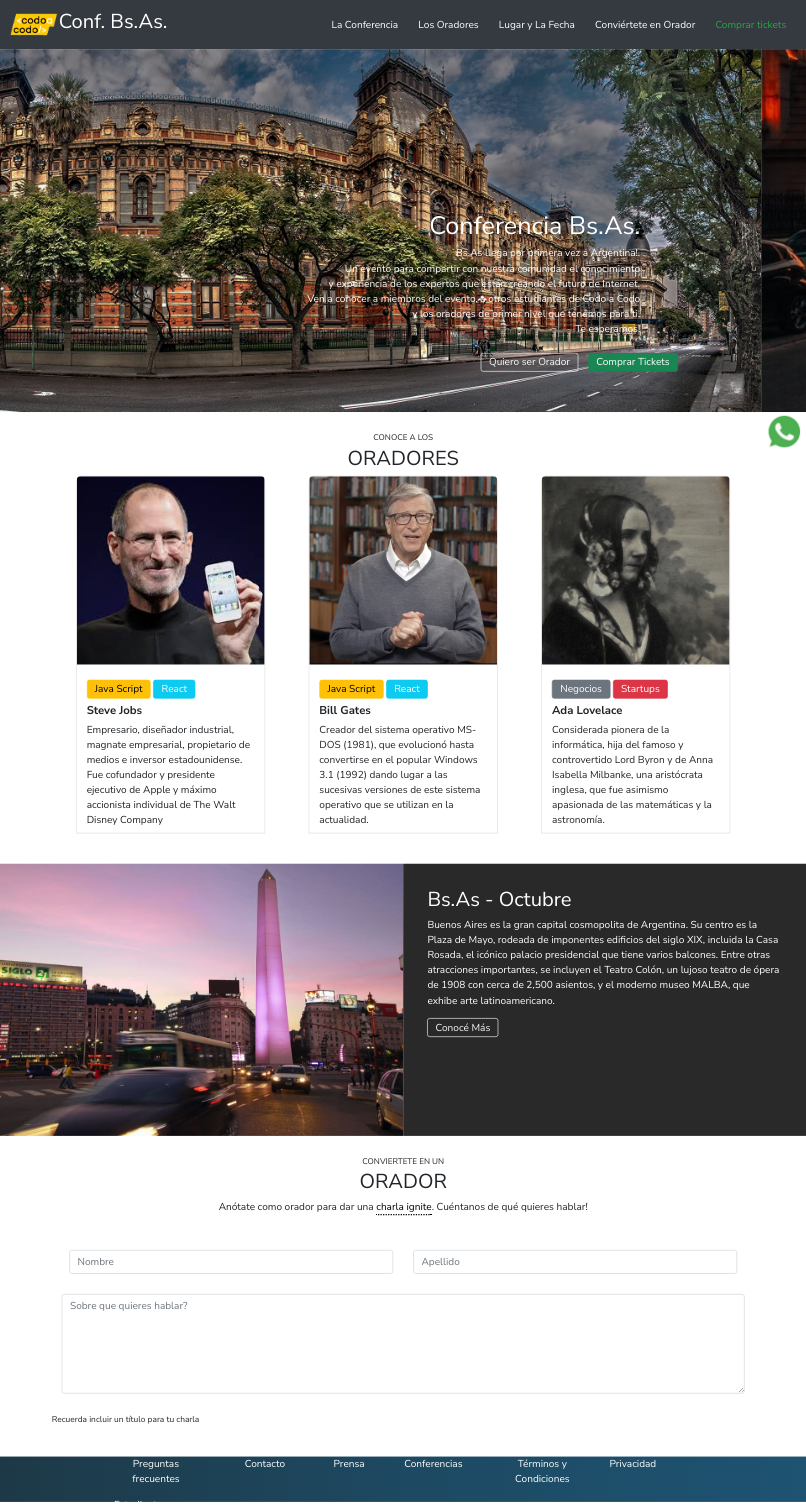
Repository: Melire/trabajo-final-BS
Page: index.html
The author's editor kept a copy of each file at every save. The page is drawn from the files as they stood at one save, then again after a run of saves.
The browser window is 1280 px wide. The pictures show the whole page, at 63% of full size.

Above is the page before, as saved 2023-05-11 10:09:58.

After the next 2 saves:
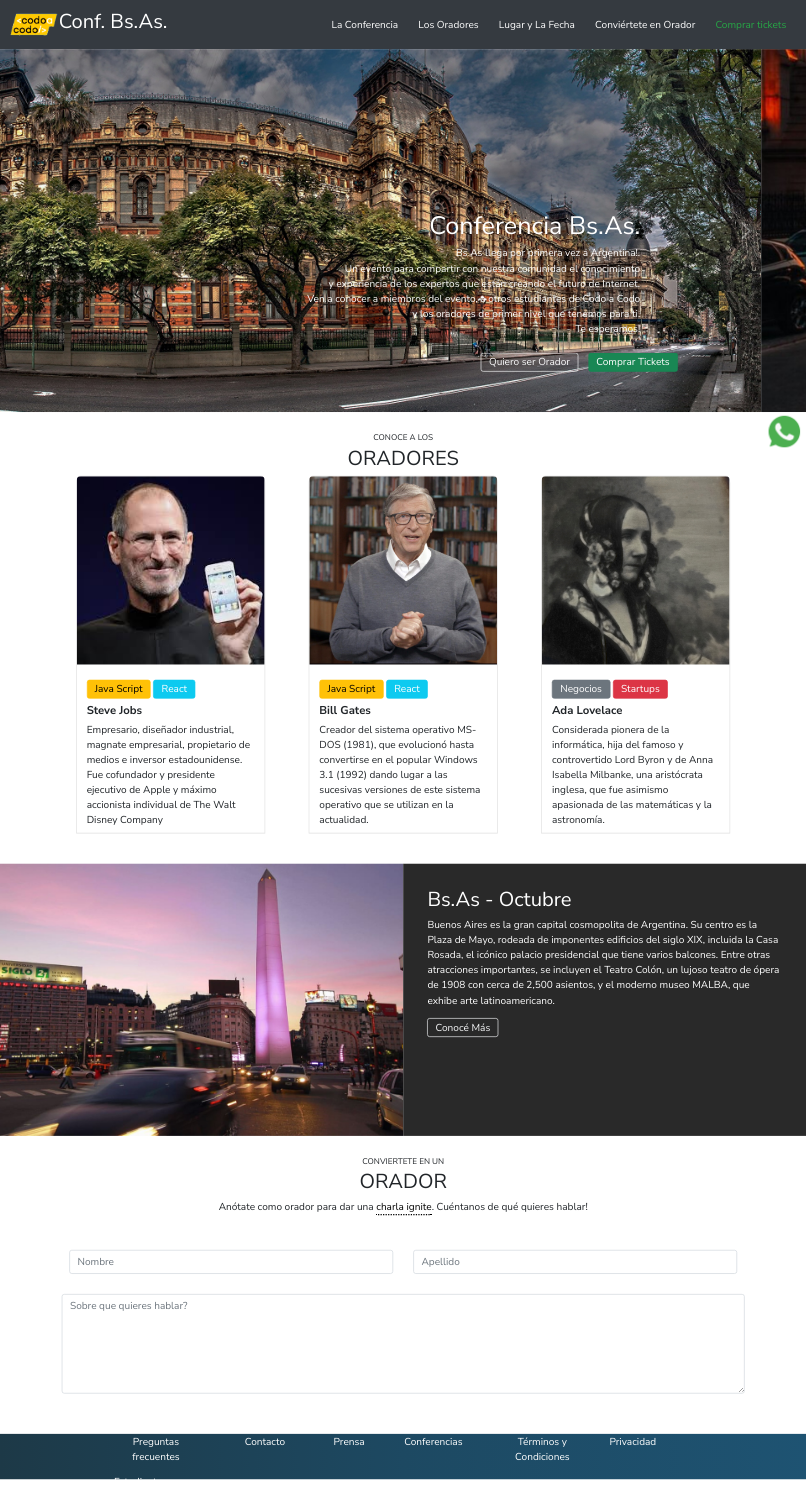
The 2 saves are shown as one change because they came seconds apart.
The last was saved 31 s later.
--- a/index.html
+++ b/index.html
@@ -217,10 +217,8 @@
                 <div class="camposForm">
                 <textarea class="form-control" id="exampleFormControlTextarea1" rows="6"placeholder="Sobre que quieres hablar?"></textarea>
             </div>
-        </div>
-        <p class="finalForm">Recuerda incluir un título para tu charla</p>
-        <div>
-            </div>
+
+
             <!--
             <form action="" autocomplete="on">
               <div>
